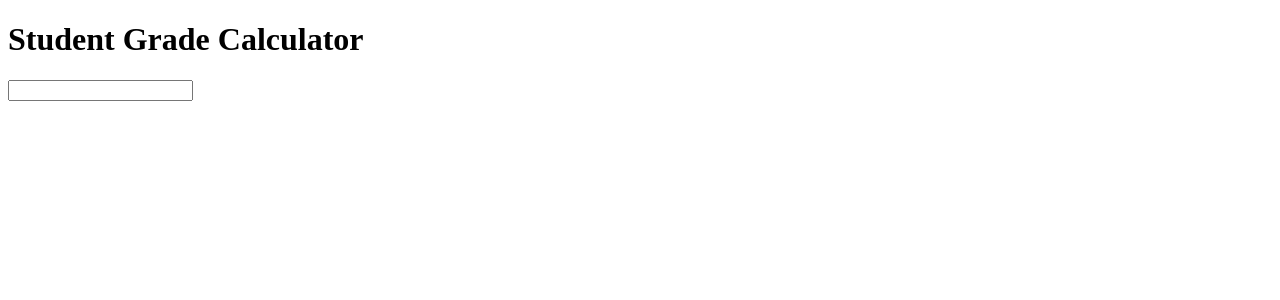
Repository: moshi704/web-dev-labs--group-1
Page: Week 5/Index.html
The author's editor kept a copy of each file at every save. The page is drawn from the files as they stood at one save, then again after the next save.
The browser window is 1280 px wide. The pictures show the whole page.

Above is the page before, as saved 2026-06-23 16:55:38.

### Week 5/Index.html
<!DOCTYPE html>
<html lang="en">
<head>
  <meta charset="UTF-8">
  <meta name="viewport" content="width=device-width, initial-scale=1.0">
  <title>Student Grade Calculator</title>
</head>
<body>
  <h1>Student Grade Calculator</h1>

  <div class="container">
    <input type="text" id="scoreInput">

  </div>
</body>
</html>

After the next save:
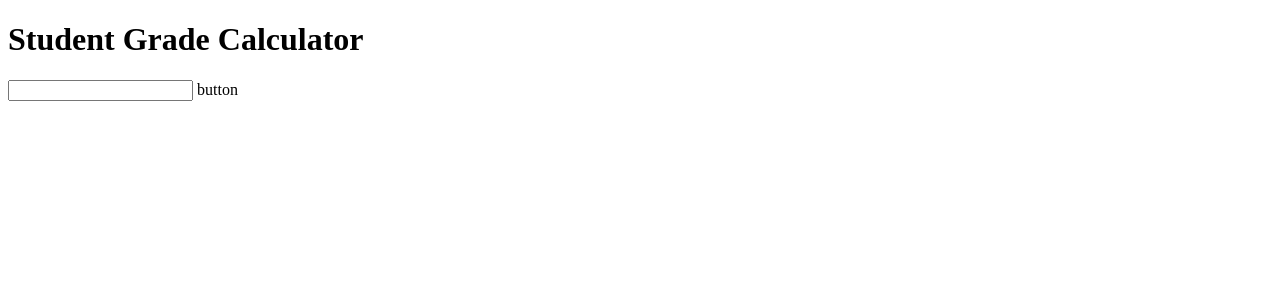
Saved 4 min 39 s later.
--- a/Week 5/Index.html
+++ b/Week 5/Index.html
@@ -10,6 +10,8 @@
 
   <div class="container">
     <input type="text" id="scoreInput">
+    <label for=""></label>
+    button
 
   </div>
 </body>
